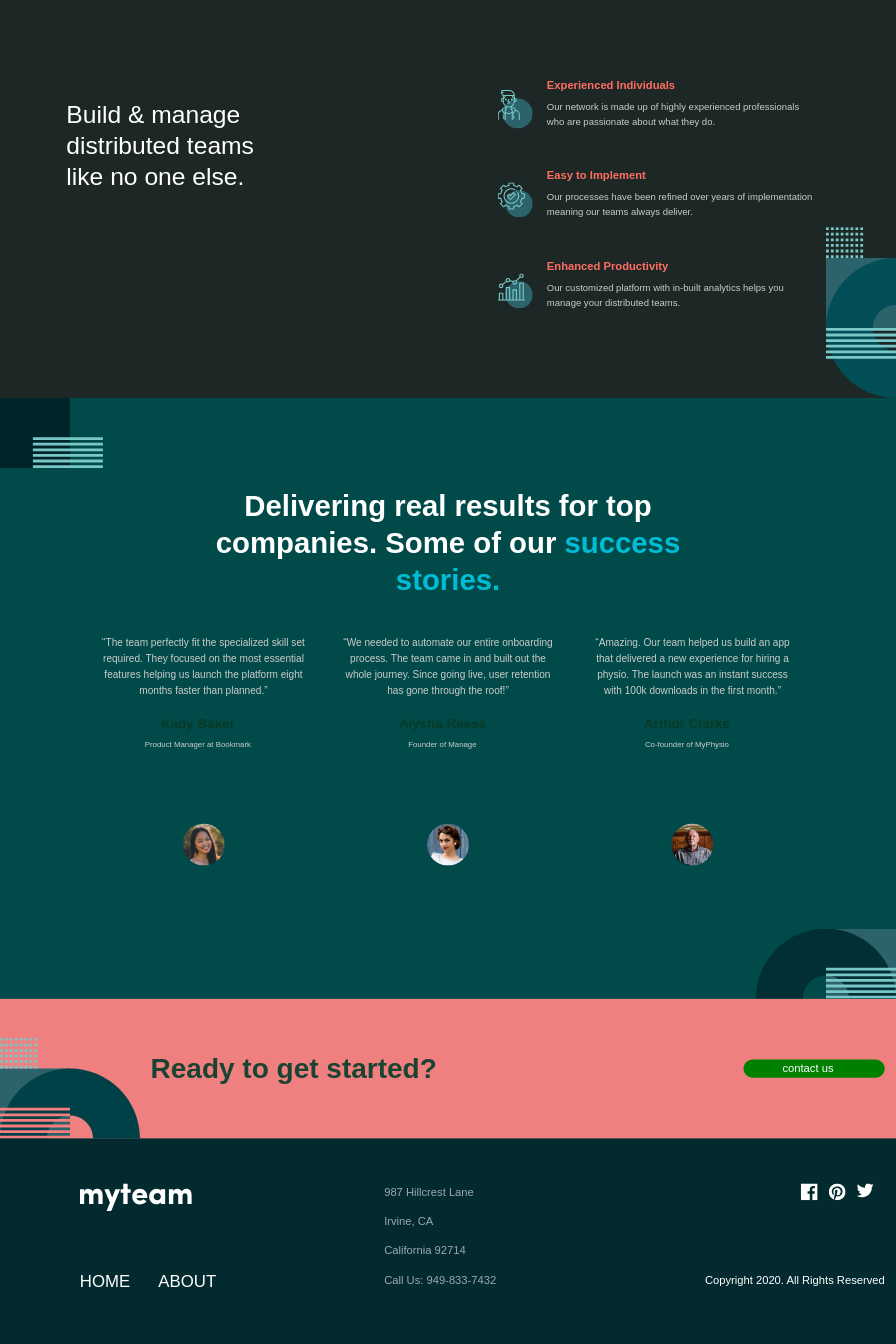
Repository: Gabriel221-dev/Project-page-main
Page: /
An editor plug-in stored every save of this project. The page is shown before and after the next save, followed by the edit.
The browser window is 1280 px wide. The pictures show the part of the page from y = 692 to 2612 px (the page is 2612 px tall), at 70% of full size.
The project was rebuilt for these pictures with package versions that can differ from the ones it lists, and the page was loaded fresh each time. Also part of the build but not shown: vite.config.js, src/pages/About.css, src/components/DirectorCard.css, src/components/DirectorCard.jsx, src/pages/About.jsx, src/pages/Contact.css, src/pages/Contact.jsx.

Above is the page before, as saved 2024-07-23 09:43:14.

### src/App.jsx
import { BrowserRouter as Router, Route, Routes } from "react-router-dom";
import Home from "./pages/Home";
import About from "./pages/About";
import Contact from "./pages/Contact";
import Header from "./components/Header";
import Footer from "./components/Footer";
import "./styles/global.css";

const App = () => {
  return (
    <Router>
      <Header />
      <main>
        <Routes>
          <Route path="/" element={<Home />} />
          <Route path="/about" element={<About />} />
          <Route path="/contact" element={<Contact />} />
        </Routes>
      </main>
      <Footer />
    </Router>
  );
};

export default App;

### src/components/Header.jsx
import { useState } from "react";
import { NavLink } from "react-router-dom";
import { FaBars } from "react-icons/fa";
import logo from "../assets/logo.svg";
import Sidebar from "./Sidebar";
import "./Header.css";
import { IconContext } from "react-icons";

const Header = () => {
  const [isSidebarToggled, setSidebarToggled] = useState(false);

  const handleToggle = () => {
    setSidebarToggled((prev) => !prev);
  };

  return (
    <>
      <IconContext.Provider value={{ color: "#fff" }}>
        <header className="header">
          <nav className="header__nav">
            <NavLink className="header__brand" to="/">
              <img
                className="header__logo"
                src={logo}
                alt="Logo"
                loading="eager"
                width="160"
              />
            </NavLink>

            <ul className="header__navigation">
              <li className="header__link">
                <NavLink
                  className={({ isActive }) =>
                    isActive
                      ? "header__anchor header__anchor--active"
                      : "header__anchor"
                  }
                  to="/"
                >
                  home
                </NavLink>
              </li>
              <li className="header__link">
                <NavLink
                  className={({ isActive }) =>
                    isActive
                      ? "header__anchor header__anchor--active"
                      : "header__anchor"
                  }
                  to="/about"
                >
                  about
                </NavLink>
              </li>

              <NavLink className="header__btn" to="/contact">
                contact us
              </NavLink>
            </ul>

            <button
              className="header__menu"
              title="Toggle Menu"
              onClick={handleToggle}
            >
              <FaBars />
            </button>
          </nav>
          <Sidebar isOpen={isSidebarToggled} onToggle={handleToggle} />
        </header>
      </IconContext.Provider>
    </>
  );
};

export default Header;

### src/styles/global.css
/* Reset some default browser styles */
* {
    margin: 0;
    padding: 0;
    box-sizing: border-box;
  }

  body {
    font-family: 'Arial', sans-serif;
    line-height: 1.6;
    color: #333;
    background-color: #004953;
    margin: 0;
    padding: 0;
  }

  /* Headings */
  h1, h2, h3, h4, h5, h6 {
    margin-bottom: 1rem;
    line-height: 1.25;
  }

  h1 {
    font-size: 2.5rem;
  }

  h2 {
    font-size: 2rem;
  }

  h3 {
    font-size: 1.75rem;
  }

  h4 {
    font-size: 1.5rem;
  }

  h5 {
    font-size: 1.25rem;
  }

  h6 {
    font-size: 1rem;
  }

  /* Paragraphs */
  p {
    margin-bottom: 1rem;
  }

  /* Links */
  a {
    color: #007BFF;
    text-decoration: none;
  }

  a:hover {
    text-decoration: underline;
  }

  /* Images */
  img {
    max-width: 100%;
    height: auto;
  }

  /* Forms */
  input, textarea, button {
    font-family: inherit;
    font-size: inherit;
  }

  input, textarea {
    width: 100%;
    padding: 0.5rem;
    margin-bottom: 1rem;
    border: 1px solid #ccc;
    border-radius: 4px;
  }

  button {
    padding: 0.5rem 1rem;
    background-color: #007BFF;
    color: #fff;
    border: none;
    border-radius: 4px;
    cursor: pointer;
  }

  button:hover {
    background-color: #0056b3;
  }

  /* Utility Classes */
  .container {
    max-width: 1200px;
    margin: 0 auto;
    padding: 0 1rem;
  }

  .text-center {
    text-align: center;
  }

  .mt-1 {
    margin-top: 1rem;
  }

  .mb-1 {
    margin-bottom: 1rem;
  }

  .mt-2 {
    margin-top: 2rem;
  }

  .mb-2 {
    margin-bottom: 2rem;
  }

  .mt-3 {
    margin-top: 3rem;
  }

  .mb-3 {
    margin-bottom: 3rem;
  }

  .mt-4 {
    margin-top: 4rem;
  }

  .mb-4 {
    margin-bottom: 4rem;
  }

  .mt-5 {
    margin-top: 5rem;
  }

  .mb-5 {
    margin-bottom: 5rem;
  }

### src/components/ContactBanner.jsx
import { Link } from "react-router-dom";
import "./ContactBanner.css";

const ContactBanner = () => {
  return (
    <div className="banner">
      <div className="banner__content">
        <h1 className="banner__title">Ready to get started?</h1>
        <Link to="/contact" className="banner__btn">
          contact us
        </Link>
      </div>
    </div>
  );
};

export default ContactBanner;

### src/pages/Home.css
/* Variables */
:root {
    --midnight-green: #004d40;
    --light-coral: #ff6f61;
    --rapture-blue: #00bcd4;
    --deep-jungle-green: #002b22;
    --sacramento-state-green: #003b36;
  }

  /* Main styles */
  /* .home {
    padding: 10px;
  } */

  .find {

    display: flex;
    align-items: center;
    justify-content: center;
    padding: 50px 0;
    position: relative;
    background-image: url('/Imagez/bg-pattern-home-1.svg');
    background-repeat: no-repeat;
    background-position: left -100px top 56px;
  }

  @media only screen and (max-width: 768px) {
    .find {
      background-image: none;
    }
  }

  .find__content {
    display: flex;
    flex-direction: row;
    align-items: center;
    justify-content: center;
    text-align: left;
    color: white;
    background-image:url('/Imagez/bg-pattern-home-2.svg');
    background-repeat: no-repeat;
    background-position: right bottom ;
  }

  @media only screen and (max-width: 768px) {
    .find__content {
      flex-direction: column;
    }
  }

  .find__title {
    font-size: 6.8rem;
    margin-bottom: 4rem;
    padding-left: 2rem;
    padding-bottom: 3rem;
    flex: 1;
    max-width: 700px;
  }

  @media only screen and (max-width: 768px) {
    .find__title {
      text-align: center;
      margin: 0 auto;
      font-size: 2rem;
    }
  }

  .find__title--coral {
    color: var(--light-coral);
  }

  .find__description {
    font-size: 1rem;
    padding: 2rem 0.5rem;
    margin: 1rem 0.5rem;
    max-width: 420px;
    flex: 1;
  }

  @media only screen and (max-width: 768px) {
    .find__description {
      text-align: center;
      margin: 0 auto;
      font-size: 1rem;
    }
  }

  .build {
    background-color: #1c2726;
    padding: 50px 0;
    display: flex;
    height: 100%;
    align-items: center;
    justify-content: center;
    position: relative;
    background-image: url('/Imagez/bg-pattern-home-3.svg');
    background-repeat: no-repeat;
    background-position: right -100px bottom;
  }

  @media only screen and (max-width: 768px) {
    .build {
      background-position: right -100px top;
      flex-direction: column;
    }
  }

  .build__content {
    display: flex;
    flex-direction: row;
    align-items: flex-start;
    justify-content: space-between;
    max-width: 1200px;
    width: 100%;
    margin-top: 1rem;
    padding: 1.8rem;
  }

  @media only screen and (max-width: 768px) {
    .build__content {
      flex-direction: column;
    }
  }

  .build__title {
    font-size: 2.2rem;
    color: #fff;
    margin: 10px -24px;
    flex: 1;
    max-width: 420px;
    padding: 50px;
    text-align: left;
    font-weight: 200;
  }

  @media only screen and (max-width: 768px) {
    .build__title {
      margin-bottom: 20px;
      text-align: left;
      padding: 1rem;
      width: 250px;
      font-size: 2rem;
      text-align: left;
      justify-content: flex-start;
    }
  }

  .build__items {
    font-size: 0.5rem;
    display: flex;
    flex-direction: column;
    flex: 1;
    margin: 10px 50px;
    max-width: 450px;
  }

  @media only screen and (max-width: 768px) {
    .build__items {
      max-width: 100%;
    }
  }

  .build__item {
    display: flex;
    align-items: center;
    margin: 20px 0;
    text-align: left;
  }

  @media only screen and (max-width: 768px){
    .build__item{
      flex-direction: column;
      align-items: center;
    }
  }

  .build__icon {
    width: 50px;
    margin-right: 20px;

  }

  @media only screen and (max-width: 768px) {
    .build__icon {
      margin-bottom: 10px; /* Space between icon and text */
    }
  }

  .build__text h3 {
    font-size: 1rem;
    color: #ff6f61;
    font-weight: bold;
    margin-bottom: 10px;
  }

  @media screen and (max-width:768px){
    .build__text h3{
      padding: 1rem;
      font-size: 1rem;
      text-align: center;

    }
  }

  .build__text p {
    font-size: 0.85rem;
    color: #ccc;
    margin-top: 0;
  }

  @media screen and (max-width:768px){
    .build__text p{
      padding-bottom: .5rem;
      font-size: .8rem;
      width: 340px;
      text-align: center;
    }
  }

  .delivering {
    background-color: #004b49;
    padding: 50px 0px;
    position: relative;
    background-image: url('/public/Imagez/bg-pattern-home-4-about-3.svg'), url('/public/Imagez/bg-pattern-home-5.svg');
    background-repeat: no-repeat;
    background-position: left top, right bottom;
    width: auto;
  }

  .delivering__content {
    text-align: center;
    max-width: 1000px;
    margin: 0 auto;
    grid-column: center-start / center-end;
    grid-row: 2 / 3;
    display: grid;
    grid-template-rows: 140px repeat(2, auto) 140px;
  }

  @media only screen and (max-width: 768px) {
    .delivering__content {
      grid-template-rows: 100px repeat(2, auto) 100px;
    }
  }

  .delivering__title {
    font-size: 41.9px;
    font-weight: bold;
    color: #fff;
    text-align: center;
    max-width: 49.5rem;
    height: 170px;
    margin-left: auto;
    margin-right: auto;
    margin-top: 79px;
    /* background-color:greenyellow; */
  }

  @media only screen and (max-width: 768px) {
    .delivering__title {
      margin-top: 4.8rem;
      font-size: 1.9rem;
      display: block;
      max-width: 550px;
      margin-bottom: 60px;
      padding: 1.5rem;
    }
  }

  .delivering__title--rapture-blue {
    color: var(--rapture-blue);
  }

  .delivering__quotes {
    justify-content: center;
    grid-row: 3 / 4;
    display: grid;
    grid-template-columns: repeat(3, 1fr);
    column-gap: 3rem;
    margin-top: 2rem;
    height: 350px;
    max-width: 1000px;
    margin-top: 8rem;
  }

  @media only screen and (max-width: 768px) {
    .delivering__quotes {
      grid-template-columns: 1fr;
      grid-template-rows: repeat(3, min-content);
      column-gap: 0;
      row-gap: 2.5rem;
      padding: 2.5rem;
      margin-top: 6.8rem;
    }
  }

  .delivering__quote {
    text-align: center;
    display: flex;
    flex-direction: column;
    justify-content: space-between;
    height: 100%;
        margin-left: auto;
    margin-right: auto;
  }

  .delivering__quote p {
    font-size: .9rem;
    color: #ccc;
    display: -webkit-box;
    -webkit-box-orient: vertical;
    -webkit-line-clamp: 4;
    overflow: hidden;
    text-overflow: ellipsis;
    margin-top: 20px;
  }

  .delivering__quote h3 {
    font-size: 1.2rem;
    color: #083a26;
    margin:-8rem 2rem -3rem 1rem;
  }

  .delivering__quotes .name__tag {
    font-size: .7rem;
    margin:-5rem 1rem -2rem 0rem;
  }

  .delivering__quote img {
    width: 60px;
    height: 60px;
    border-radius: 50%;
    align-self: center;
    margin: 0rem;

  }


  @media only screen and (max-width: 768px) {
    .delivering__quotes {
      grid-template-columns: 1fr;
      grid-template-rows: repeat(3, min-content);
      column-gap: 0;
      row-gap: 2.5rem;
      padding: 2.5rem;
      height: auto
    }

    .delivering__quote {
      height: auto; /* Adjust height for smaller screens */
    }

    .delivering__quote p {
      -webkit-line-clamp: 3; /* Limits the text to 3 lines on smaller screens */
    }

    .delivering__quote h3, p{
      margin: .5rem;
    }

    .delivering__quote .name__tag{
      margin: -4px;
    }

    .delivering__quote img{
      margin: 15px;
    }
  }

### src/components/Sidebar.jsx
import PropTypes from "prop-types";
import { useNavigate } from "react-router-dom";
import { AiOutlineClose } from "react-icons/ai";
import "./Sidebar.css";
import { IconContext } from "react-icons";

const Sidebar = ({ isOpen, onToggle }) => {
  const navigate = useNavigate();

  const handleNavigate = (path) => {
    navigate(path);
    onToggle();
  };

  return (
    <IconContext.Provider value={{ color: "#fff" }}>
      <div className={`sidebar ${isOpen ? "sidebar--open" : ""}`}>
        <div className="sidebar__overlay" onClick={onToggle}></div>
        <div className="sidebar__content">
          <div className="sidebar__header">
            <button
              className="sidebar__close"
              title="Close Menu"
              onClick={onToggle}
            >
              <AiOutlineClose />
            </button>
          </div>

          <ul className="sidebar__navigation">
            <li className="sidebar__link">
              <button
                className="sidebar__anchor"
                onClick={() => handleNavigate("/")}
              >
                home
              </button>
            </li>
            <li className="sidebar__link">
              <button
                className="sidebar__anchor"
                onClick={() => handleNavigate("/about")}
              >
                about
              </button>
            </li>
          </ul>

          <button
            className="sidebar__btn"
            onClick={() => handleNavigate("/contact")}
          >
            contact us
          </button>
        </div>
      </div>
    </IconContext.Provider>
  );
};

Sidebar.propTypes = {
  isOpen: PropTypes.bool.isRequired,
  onToggle: PropTypes.func.isRequired,
};

export default Sidebar;

### src/components/ContactBanner.css
.banner {
    background-color: #f08080;
    height: 200px;
    display: grid;
    column-gap: 3rem;
    align-items: center;
    align-content: center;
    background-image: url(/public/Imagez/bg-pattern-home-6-about-5.svg);
    background-repeat: no-repeat;
    background-position: left bottom;

    @media only screen and (max-width: 768px) {
      height: 302px;
    }
  }

  .banner__content {
    grid-column: 2 / 10;
    display: grid;
    grid-template-columns: repeat(12, 1fr);
    align-items: center;
    grid-column: center-start / center-end;
    column-gap: 3rem;

    @media only screen and (max-width: 768px) {
      grid-template-rows: repeat(2, min-content);
      grid-template-columns: 1fr;
      column-gap: 0;
      row-gap: 2.4rem;
      text-align: center;
    }
  }

  .banner__title {
    color: #1b4332;
    margin: 1rem;
    grid-column:1 / 7;


    @media only screen and (max-width: 768px) {
      grid-column: 2 / 9;
    }

    @media only screen and (max-width: 480px) {
      grid-column: 1 / 2;
    }
  }

  .banner__btn {
    grid-column: 10 / -1;
    background-color: green;
    color: #ffffff;
    margin: 1rem;
    border-radius: 1rem;
    padding-left: 3.5rem;


    @media only screen and (max-width: 768px) {
        grid-column: 9 / -1;
      margin: auto;
      padding: .5rem;
    }
  }

  /* New styles for mobile layout */
  @media only screen and (max-width: 480px) {
    .banner__content {
      grid-template-columns: auto; /* Remove explicit row heights */
      text-align: center; /* Center align content on smaller screens */
    }

    .banner__title {
      grid-column: 1 / -1; /* Span across all columns */
      margin-bottom: 1rem; /* Add space between title and button */
    }
  }

### src/components/Sidebar.css
.sidebar {
    display: none;
    width: 100%;
    height: 100%;
    position: fixed;
    top: 0;
    left: 0;
    z-index: 100;
    transition: all 0.3s ease;
  }

  .sidebar--open {
    display: grid;
    grid-template-columns: 1fr min-content;
  }

  .sidebar__overlay {
    grid-column: 1 / -1;
    grid-row: 1 / 2;
    background-color: rgba(0, 0, 0, 0.5);
    transition: background-color 0.3s ease;

  }

  .sidebar__content {
    grid-column: 2 / 3;
    grid-row: 1 / 2;
    background-color: #194c4c;
    width: 250px;
    display: grid;
    grid-template-rows: 128px repeat(2, min-content);
    grid-template-columns: 48px 1fr 25px;
    transition: width 0.3s ease;
    background-image: url(/public/Imagez/bg-pattern-about-1-mobile-nav-1.svg);
    background-repeat: no-repeat;
    background-position: right -100px bottom;
    transition: width .4s ease;

  }

  .sidebar__header {
    grid-column: 2 / 3;
    justify-self: end;
    align-self: center;
  }

  .sidebar__close {
    background-color:#194c4c ;
    width: 30px;
    border: 0;
    outline: 0;
  }

  .sidebar__close:hover{
    background-color:#194c4c;
  }

  .sidebar__navigation {
    grid-column: 2 / 3;
    list-style: none;
    margin: 0;
    padding: 0;
  }

  .sidebar__link {
    margin-bottom: 2.4rem;
  }

  .sidebar__anchor {
    font-size: 1.1rem;
    color: #fff;
    background: transparent;
    border: none;
    text-decoration: none;
    cursor: pointer;
  }

  .sidebar__anchor:hover{
    background:none;
  }

  .sidebar__btn {
    grid-column: 2 / 3;
    background-color: transparent;
    border: 1px solid #fff;
    color: #fff;
    padding: 0.5rem 1rem;
    text-decoration: none;
    display: inline-block;
    cursor: pointer;
    width: 159px;
  }

  .sidebar__btn:hover{
    background:white;
    color:#194c4c;
    transform: scale(1.05);
    transition: transform 0.3s ease-in-out, border-bottom 0.6s ease;
  }

  .sidebar--open .sidebar__overlay {
    background-color: rgba(0, 0, 0, 0.5);
  }

  .sidebar--open .sidebar__content {
    width: 250px;
  }

  @media (max-width: 768px) {
    .header__menu {
      display: grid;
      background-color: transparent;
      width: 24px;
      border: 0;
      outline: 0;
      justify-self: end;
      align-self: center;
      margin-left: auto;
    }
  }

Loaded but not shown: index.html (common file); src/main.jsx (common file); src/pages/Home.jsx (120 lines, source omitted); src/components/Footer.jsx (90 lines, source omitted); src/components/Footer.css (209 lines, source omitted); src/components/Header.css (130 lines, source omitted)

After the next save:
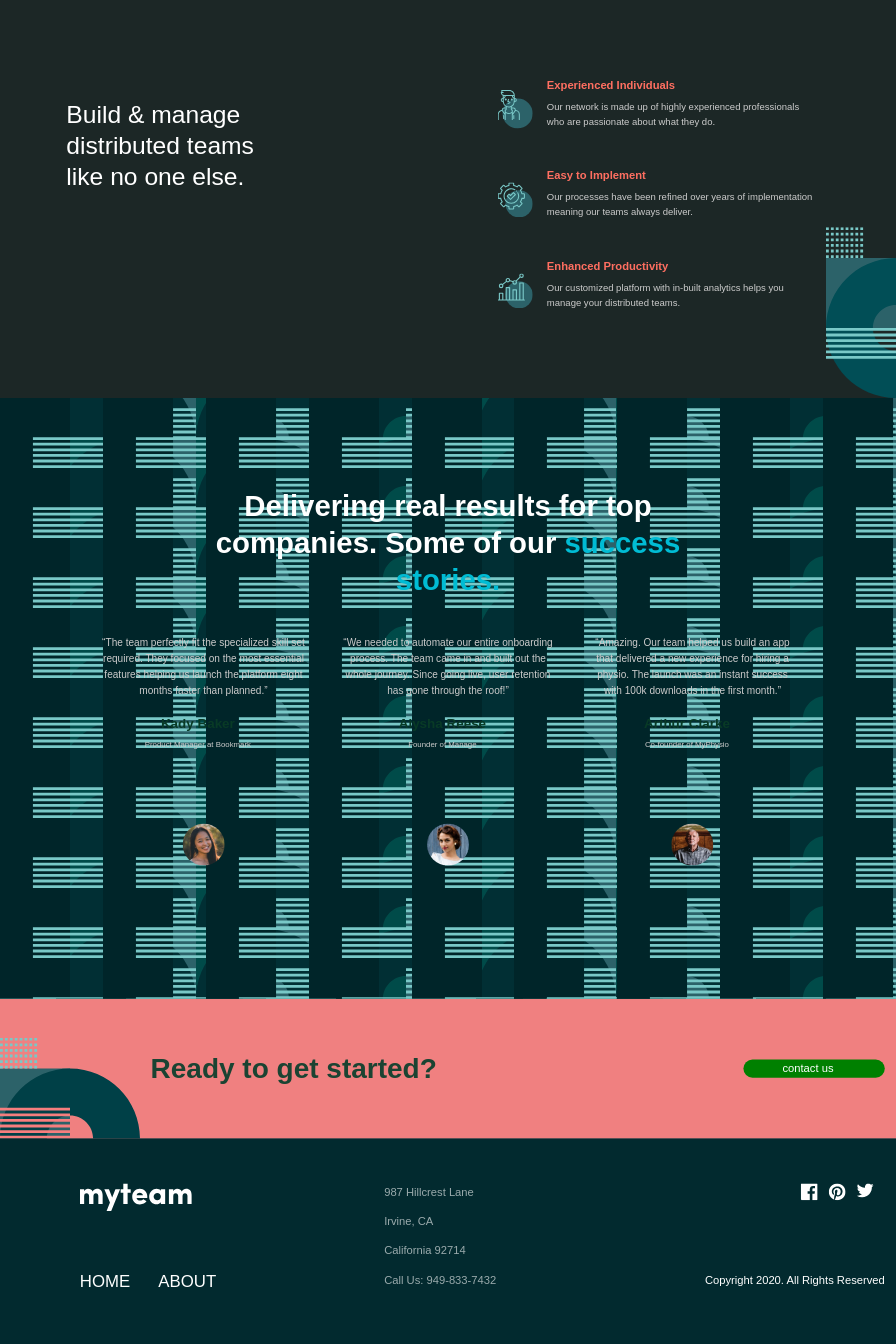
Saved 53 s later.
--- a/src/pages/Home.css
+++ b/src/pages/Home.css
@@ -222,6 +222,7 @@
     padding: 50px 0px;
     position: relative;
     background-image: url('/public/Imagez/bg-pattern-home-4-about-3.svg'), url('/public/Imagez/bg-pattern-home-5.svg');
+    background-image:url(),
     background-repeat: no-repeat;
     background-position: left top, right bottom;
     width: auto;

After the save that followed:
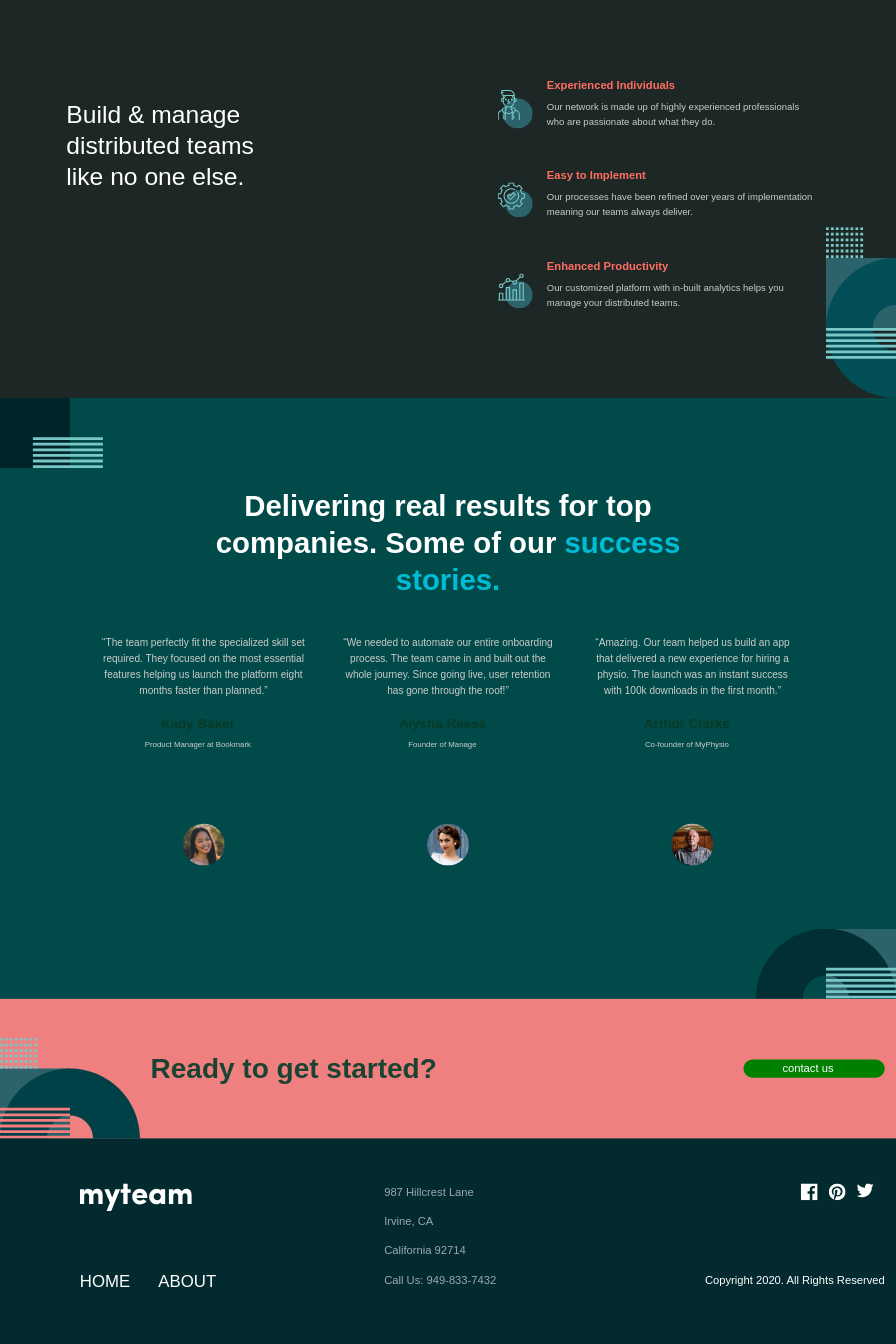
Saved 3 min 3 s later.
--- a/src/pages/Home.css
+++ b/src/pages/Home.css
@@ -221,8 +221,7 @@
     background-color: #004b49;
     padding: 50px 0px;
     position: relative;
-    background-image: url('/public/Imagez/bg-pattern-home-4-about-3.svg'), url('/public/Imagez/bg-pattern-home-5.svg');
-    background-image:url(),
+    background-image:url(/Imagez/bg-pattern-home-4-about-3.svg), url(/Imagez/bg-pattern-home-5.svg);
     background-repeat: no-repeat;
     background-position: left top, right bottom;
     width: auto;
